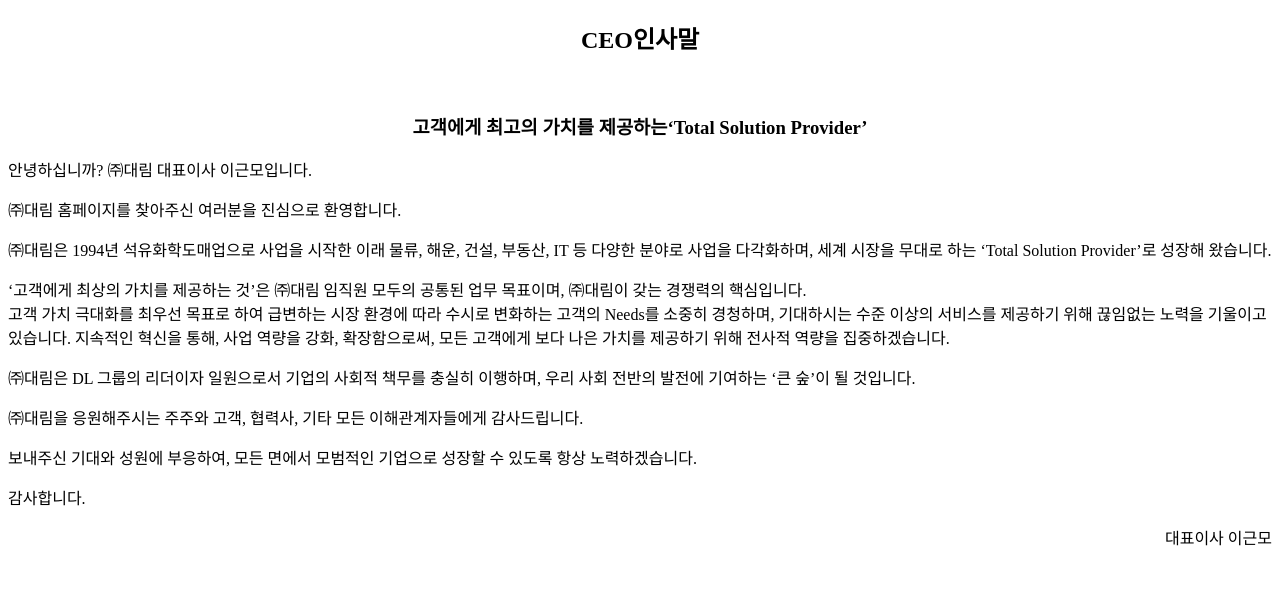
Repository: Hswwwww/WEB
Page: ClientTest/src/main/webapp/html/Q002.html
An editor plug-in stored every save of this project. The page is shown before and after the next save, followed by the edit.
The browser window is 1280 px wide. The pictures show the whole page.

Above is the page before, as saved 2024-03-13 02:09:51.

After the next save:
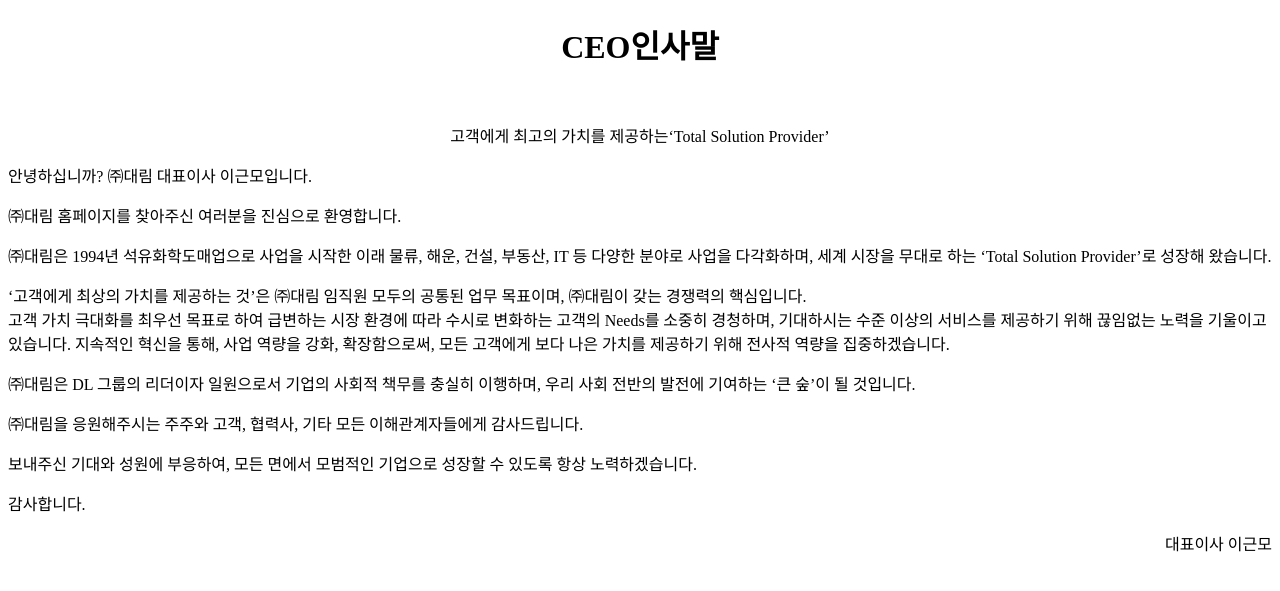
Saved 98 s later.
--- a/ClientTest/src/main/webapp/html/Q002.html
+++ b/ClientTest/src/main/webapp/html/Q002.html
@@ -5,8 +5,8 @@
 <title>Insert title here</title>
 </head>
 <body>
-	<h2 align = "center">CEO인사말</h2><br>
-	<h3 align = "center">고객에게 최고의 가치를 제공하는‘Total Solution Provider’</h3>
+	<h1 align = "center">CEO인사말</h1><br>
+	<p font = ""align = "center" >고객에게 최고의 가치를 제공하는‘Total Solution Provider’</p>
 
 	<p align = "left">
 	안녕하십니까? ㈜대림 대표이사 이근모입니다.<br></p>
